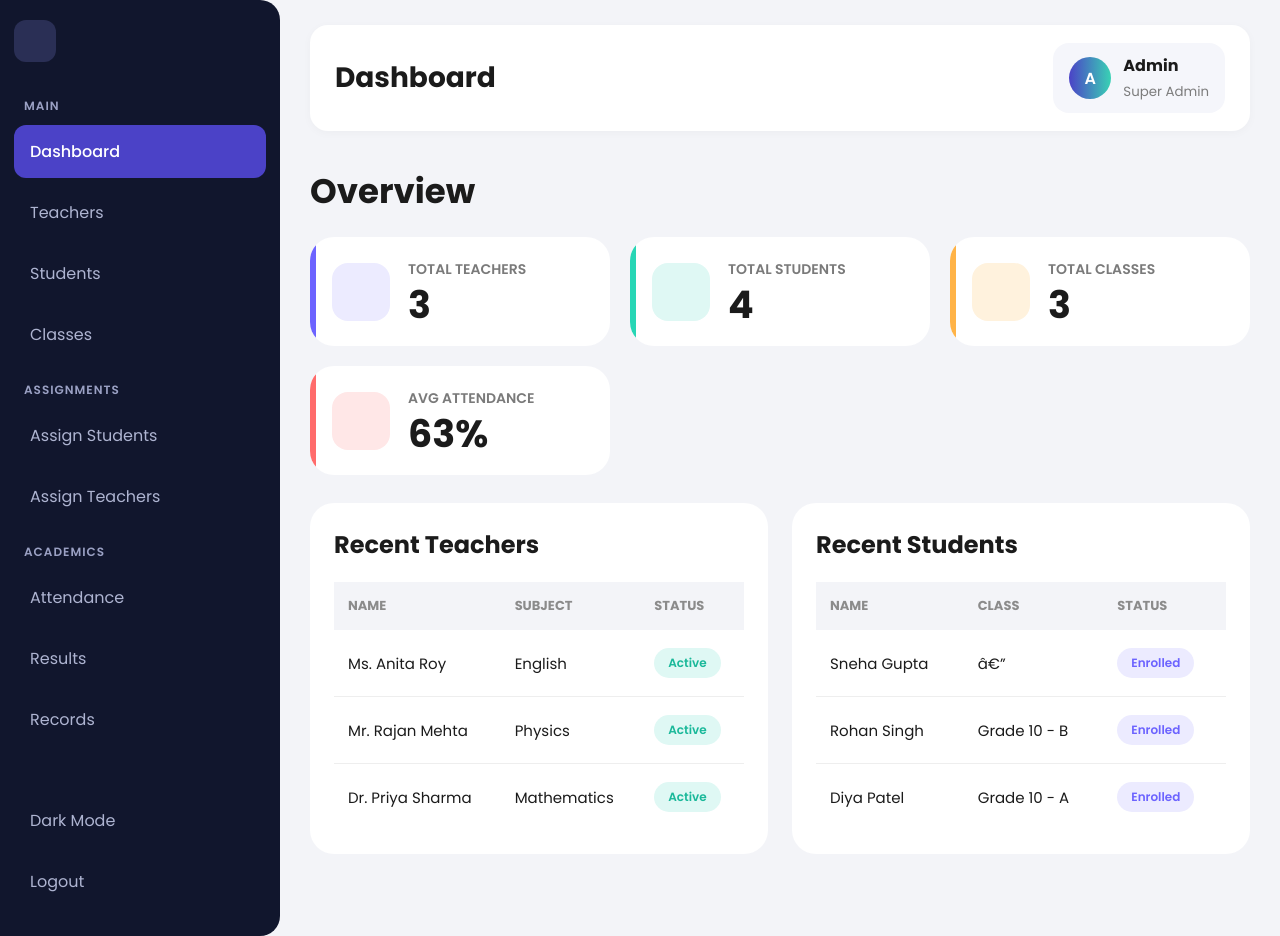
Repository: rohit-rk-07/school_management_system
Page: http://localhost/School_Management_System/dashboard.jsp
These files come from the project's save history. The page is drawn as it stood at one moment and after the next save; the edit follows.
The browser window is 1280 px wide. The pictures show the whole page.
The page is served by Tomcat 10. Other server files are loaded and not shown.

Above is the page before, as saved 2026-05-19 09:14:22.

### School_Management_System/src/main/webapp/dashboard.jsp
<!DOCTYPE html>
<html lang="en">
<head>
  <meta charset="UTF-8" />
  <meta name="viewport" content="width=device-width, initial-scale=1.0"/>
  <title>School Dashboard</title>

  <link rel="preconnect" href="https://fonts.googleapis.com">
  <link href="https://fonts.googleapis.com/css2?family=Poppins:wght@300;400;500;600;700&display=swap" rel="stylesheet">

  <style>
    *{
      margin:0;
      padding:0;
      box-sizing:border-box;
      font-family:'Poppins',sans-serif;
    }

    body{
      background:#f3f4f8;
      display:flex;
      min-height:100vh;
      color:#1b1b1b;
    }

    /* SIDEBAR */

    .sidebar{
      width:280px;
      background:#11162d;
      color:#fff;
      padding:20px 14px;
      display:flex;
      flex-direction:column;
      justify-content:space-between;
      border-top-right-radius:20px;
      border-bottom-right-radius:20px;
    }

    .logo{
      width:42px;
      height:42px;
      border-radius:12px;
      background:#2a2f55;
      display:flex;
      align-items:center;
      justify-content:center;
      color:#7b6dff;
      font-size:22px;
      margin-bottom:35px;
    }

    .menu-title{
      font-size:12px;
      color:#9ba1c4;
      margin:20px 10px 10px;
      letter-spacing:1px;
      font-weight:600;
    }

    .menu{
      list-style:none;
    }

    .menu li{
      padding:14px 16px;
      border-radius:12px;
      margin-bottom:8px;
      cursor:pointer;
      display:flex;
      align-items:center;
      gap:14px;
      color:#aeb4d1;
      transition:0.3s;
    }

    .menu li:hover{
      background:#242b4d;
    }

    .menu li.active{
      background:#4b42c7;
      color:#fff;
      font-weight:500;
    }

    .bottom-menu{
      margin-top:40px;
    }

    /* MAIN CONTENT */

    .main{
      flex:1;
      padding:25px 30px;
    }

    .topbar{
      background:#fff;
      border-radius:18px;
      padding:18px 25px;
      display:flex;
      justify-content:space-between;
      align-items:center;
      box-shadow:0 2px 10px rgba(0,0,0,0.03);
    }

    .topbar h2{
      font-size:28px;
    }

    .profile{
      display:flex;
      align-items:center;
      gap:12px;
      background:#f5f6fb;
      padding:10px 16px;
      border-radius:16px;
    }

    .avatar{
      width:42px;
      height:42px;
      border-radius:50%;
      background:linear-gradient(to right,#4b42c7,#39d2b4);
      display:flex;
      align-items:center;
      justify-content:center;
      color:#fff;
      font-weight:600;
    }

    .profile small{
      color:#7c7c7c;
    }

    .section-title{
      margin:35px 0 20px;
      font-size:34px;
      font-weight:700;
    }

    .stats{
      display:grid;
      grid-template-columns:repeat(auto-fit,minmax(240px,1fr));
      gap:20px;
    }

    .card{
      background:#fff;
      border-radius:24px;
      padding:22px;
      display:flex;
      align-items:center;
      gap:18px;
      position:relative;
      overflow:hidden;
    }

    .card::before{
      content:"";
      position:absolute;
      left:0;
      top:0;
      width:6px;
      height:100%;
    }

    .card.purple::before{ background:#6c63ff; }
    .card.green::before{ background:#27d6b5; }
    .card.orange::before{ background:#ffb347; }
    .card.red::before{ background:#ff6b6b; }

    .icon-box{
      width:58px;
      height:58px;
      border-radius:16px;
      display:flex;
      align-items:center;
      justify-content:center;
      font-size:24px;
    }

    .purple .icon-box{ background:#ecebff; color:#6c63ff; }
    .green .icon-box{ background:#dff8f4; color:#27d6b5; }
    .orange .icon-box{ background:#fff2dd; color:#ffb347; }
    .red .icon-box{ background:#ffe7e7; color:#ff6b6b; }

    .card h4{
      font-size:14px;
      color:#7a7a7a;
      margin-bottom:6px;
      font-weight:600;
    }

    .card h1{
      font-size:38px;
      line-height:1;
    }

    /* TABLES */

    .table-wrapper{
      margin-top:28px;
      display:grid;
      grid-template-columns:1fr 1fr;
      gap:24px;
    }

    .table-card{
      background:#fff;
      border-radius:24px;
      padding:24px;
    }

    .table-card h3{
      margin-bottom:20px;
      font-size:24px;
    }

    table{
      width:100%;
      border-collapse:collapse;
    }

    th{
      text-align:left;
      font-size:13px;
      color:#8b8b8b;
      padding:14px;
      background:#f3f4f8;
    }

    td{
      padding:18px 14px;
      border-bottom:1px solid #eee;
      font-size:15px;
    }

    tr:last-child td{
      border-bottom:none;
    }

    .badge{
      padding:6px 14px;
      border-radius:20px;
      font-size:12px;
      font-weight:600;
      display:inline-block;
    }

    .active-badge{
      background:#dff8f4;
      color:#19b899;
    }

    .enrolled-badge{
      background:#ecebff;
      color:#6c63ff;
    }

    /* RESPONSIVE */

    @media(max-width:1000px){
      .table-wrapper{
        grid-template-columns:1fr;
      }
    }

    @media(max-width:768px){
      body{
        flex-direction:column;
      }

      .sidebar{
        width:100%;
        border-radius:0;
      }

      .main{
        padding:15px;
      }

      .topbar{
        flex-direction:column;
        gap:15px;
        align-items:flex-start;
      }
    }
  </style>
</head>

<body>

  <!-- SIDEBAR -->

  <div class="sidebar">

    <div>
      <div class="logo"></div>

      <div class="menu-title">MAIN</div>

      <ul class="menu">
        <li class="active">Dashboard</li>
        <li>Teachers</li>
        <li>Students</li>
        <li>Classes</li>
      </ul>

      <div class="menu-title">ASSIGNMENTS</div>

      <ul class="menu">
        <li>Assign Students</li>
        <li>Assign Teachers</li>
      </ul>

      <div class="menu-title">ACADEMICS</div>

      <ul class="menu">
        <li>Attendance</li>
        <li>Results</li>
        <li>Records</li>
      </ul>
    </div>

    <div class="bottom-menu">
      <ul class="menu">
        <li id="darkToggle">Dark Mode</li>
        <li>Logout</li>
      </ul>
    </div>

  </div>

  <!-- MAIN -->

  <div class="main">

    <div class="topbar">
      <h2>Dashboard</h2>

      <div class="profile">
        <div class="avatar">A</div>

        <div>
          <strong>Admin</strong><br>
          <small>Super Admin</small>
        </div>
      </div>
    </div>

    <h1 class="section-title">Overview</h1>

    <!-- STATS -->

    <div class="stats">

      <div class="card purple">
        <div class="icon-box"></div>

        <div>
          <h4>TOTAL TEACHERS</h4>
          <h1>3</h1>
        </div>
      </div>

      <div class="card green">
        <div class="icon-box"></div>

        <div>
          <h4>TOTAL STUDENTS</h4>
          <h1>4</h1>
        </div>
      </div>

      <div class="card orange">
        <div class="icon-box"></div>

        <div>
          <h4>TOTAL CLASSES</h4>
          <h1>3</h1>
        </div>
      </div>

      <div class="card red">
        <div class="icon-box"></div>

        <div>
          <h4>AVG ATTENDANCE</h4>
          <h1>63%</h1>
        </div>
      </div>

    </div>

    <!-- TABLES -->

    <div class="table-wrapper">

      <div class="table-card">

        <h3>Recent Teachers</h3>

        <table>
          <thead>
            <tr>
              <th>NAME</th>
              <th>SUBJECT</th>
              <th>STATUS</th>
            </tr>
          </thead>

          <tbody>
            <tr>
              <td>Ms. Anita Roy</td>
              <td>English</td>
              <td><span class="badge active-badge">Active</span></td>
            </tr>

            <tr>
              <td>Mr. Rajan Mehta</td>
              <td>Physics</td>
              <td><span class="badge active-badge">Active</span></td>
            </tr>

            <tr>
              <td>Dr. Priya Sharma</td>
              <td>Mathematics</td>
              <td><span class="badge active-badge">Active</span></td>
            </tr>
          </tbody>
        </table>

      </div>

      <div class="table-card">

        <h3>Recent Students</h3>

        <table>
          <thead>
            <tr>
              <th>NAME</th>
              <th>CLASS</th>
              <th>STATUS</th>
            </tr>
          </thead>

          <tbody>
            <tr>
              <td>Sneha Gupta</td>
              <td>—</td>
              <td><span class="badge enrolled-badge">Enrolled</span></td>
            </tr>

            <tr>
              <td>Rohan Singh</td>
              <td>Grade 10 - B</td>
              <td><span class="badge enrolled-badge">Enrolled</span></td>
            </tr>

            <tr>
              <td>Diya Patel</td>
              <td>Grade 10 - A</td>
              <td><span class="badge enrolled-badge">Enrolled</span></td>
            </tr>
          </tbody>
        </table>

      </div>

    </div>

  </div>

  <script>
    const toggleBtn = document.getElementById("darkToggle");

    toggleBtn.addEventListener("click", () => {
      document.body.classList.toggle("dark");
    });
  </script>

</body>
</html>

After the next save:
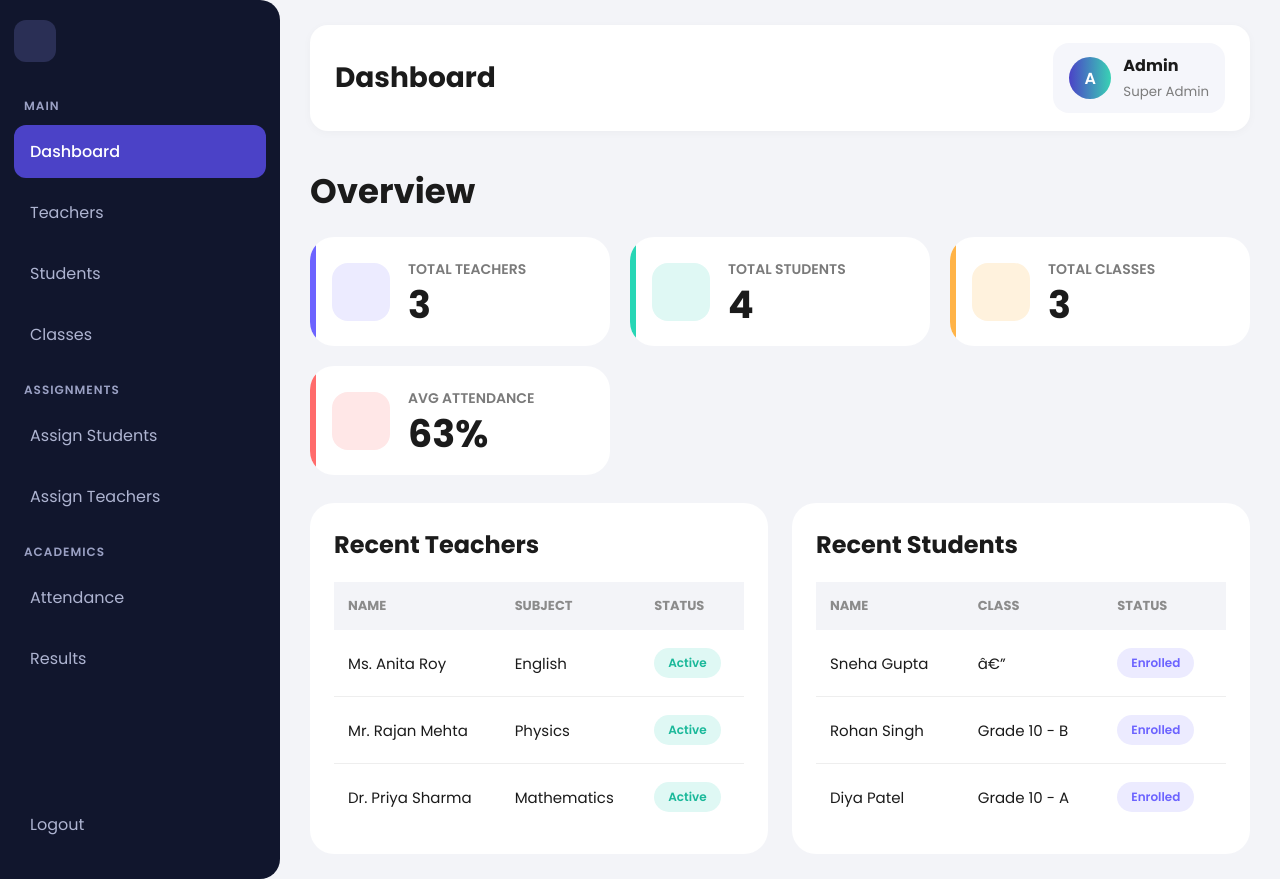
Console error: TypeError: Cannot read properties of null (reading 'addEventListener')
Saved 33 s later.
--- a/School_Management_System/src/main/webapp/dashboard.jsp
+++ b/School_Management_System/src/main/webapp/dashboard.jsp
@@ -320,13 +320,11 @@
       <ul class="menu">
         <li>Attendance</li>
         <li>Results</li>
-        <li>Records</li>
       </ul>
     </div>
 
     <div class="bottom-menu">
       <ul class="menu">
-        <li id="darkToggle">Dark Mode</li>
         <li>Logout</li>
       </ul>
     </div>
